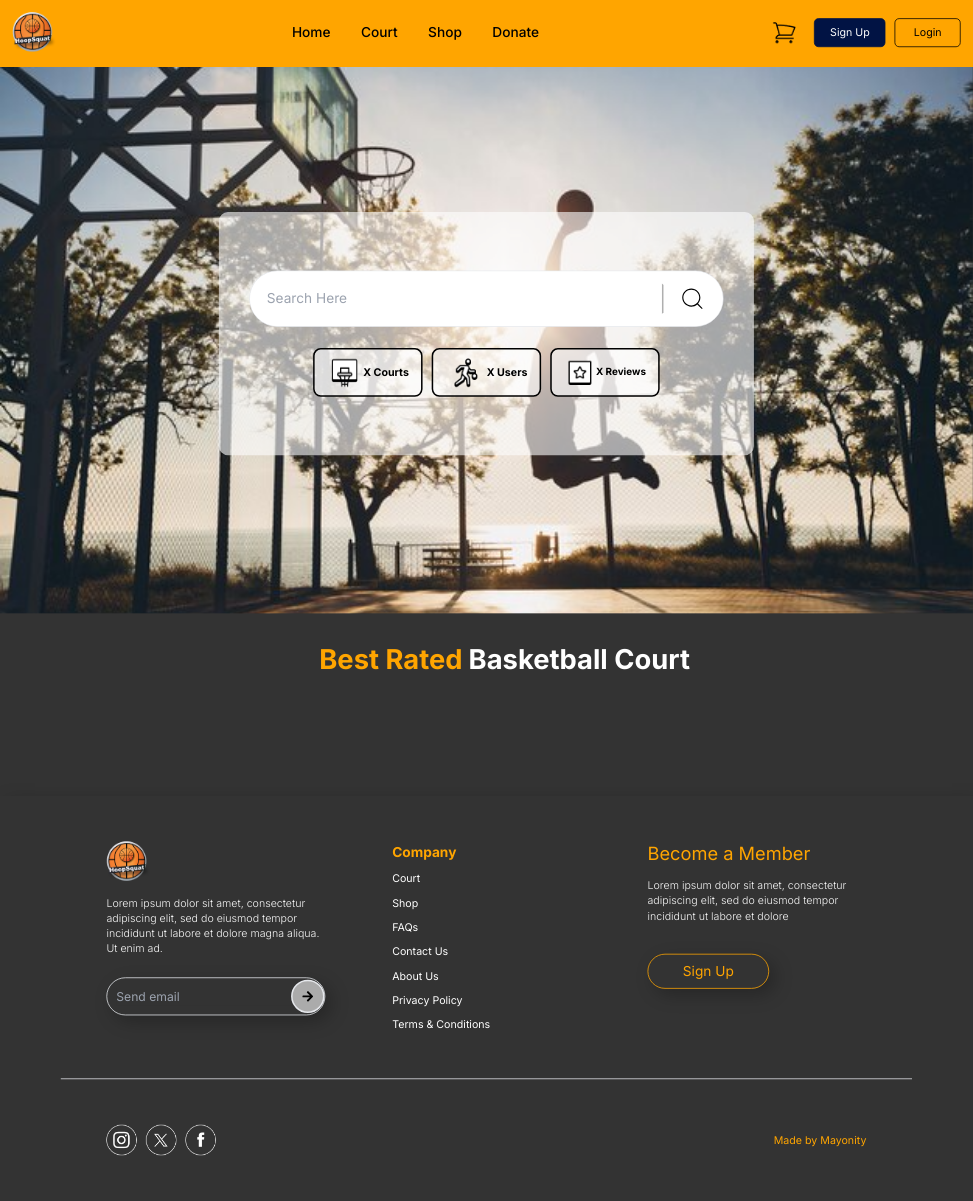
Repository: Abdul-Hannan232/basket-ball-website
Page: /
The author's editor kept a copy of each file at every save. The page is drawn from the files as they stood at one save, then again after the next save.
The browser window is 1280 px wide. The pictures show the whole page, at 76% of full size.
The page's requests for data from a server got no answer. The project was rebuilt for these pictures with package versions that can differ from the ones it lists, and the page was loaded fresh each time. The framework's server and built-in components were replaced by stand-ins that run in the browser. No one was signed in, and anything a server would have sent is missing. Also part of the build but not shown: next.config.mjs, app/utils/rating.js.

Above is the page before, as saved 2024-09-15 21:33:57.

After the next save:
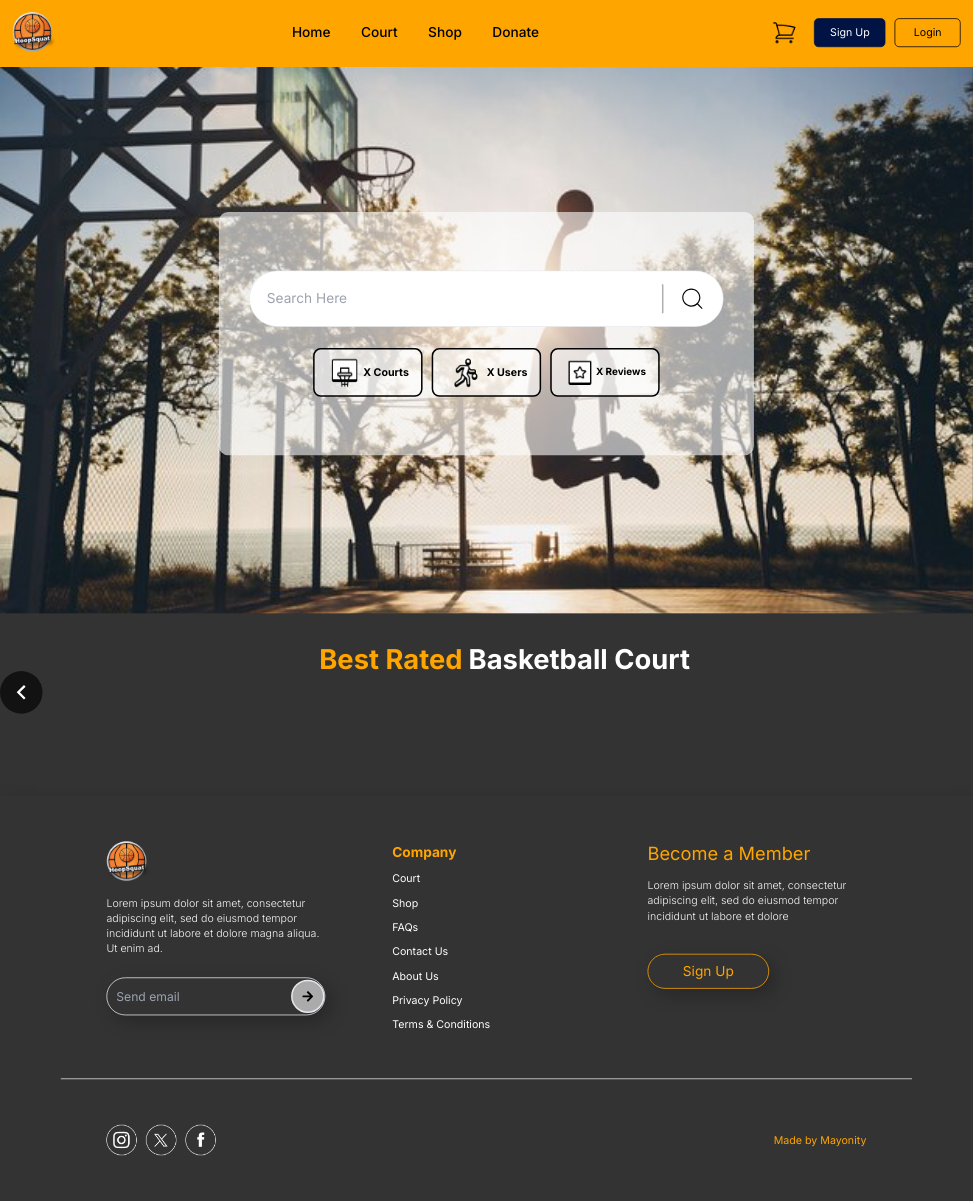
Saved 7 s later.
--- a/app/component/CourtsSlider.js
+++ b/app/component/CourtsSlider.js
@@ -130,7 +130,7 @@ const CourtsSlider = ({ slide }) => {
                         ))}
 
                     </Slider>
-                    {/* <div style={{ position: 'absolute', transform: 'translateY(-50%)', zIndex: '1' }} className='2xl:top-[45%] lg:top-[65%] top-[35%] md:w-[100%] flex justify-between w-[100%] mx-auto'>
+                    <div style={{ position: 'absolute', transform: 'translateY(-50%)', zIndex: '1' }} className='2xl:top-[45%] lg:top-[65%] top-[35%] md:w-[100%] flex justify-between w-[100%] mx-auto'>
                         <div className=' slick- slick-arrow md:-ml-14 '>
                             <div onClick={goToPrev} className='bg-[#000000A6] text-white text-7xl md:p-[10px] flex items-center justify-center cursor-pointer md:w-14 md:h-14 w-10 h-10 text-center font-bold  rounded-full'>
                                 <RiArrowLeftSLine />
@@ -138,7 +138,7 @@ const CourtsSlider = ({ slide }) => {
                         </div>
 
 
-                    </div> */}
+                    </div>
                 </div>
             ) : (
                 <>
